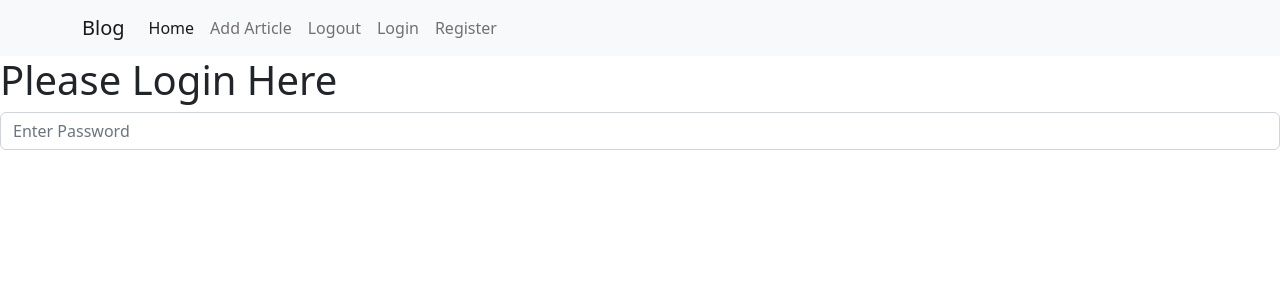
Repository: baothi/fontend
Page: /
The author's editor kept a copy of each file at every save. The page is drawn from the files as they stood at one save, then again after the next save.
The browser window is 1280 px wide. The pictures show the whole page.
The page's requests for data from a server got no answer. The project was rebuilt for these pictures with package versions that can differ from the ones it lists, and the page was loaded fresh each time. No one was signed in, and anything a server would have sent is missing. Also part of the build but not shown: src/App.css, src/components/ArticleList.js, src/components/ArticleDetails.js.

Above is the page before, as saved 2022-10-14 10:27:50.

### src/index.js
import React from 'react';
import ReactDOM from 'react-dom/client';
import './index.css';
import App from './App';
import reportWebVitals from './reportWebVitals';
import 'bootstrap/dist/css/bootstrap.min.css';
import {BrowserRouter} from "react-router-dom";

const root = ReactDOM.createRoot(document.getElementById('root'));
root.render(
  <React.StrictMode>
    <BrowserRouter>
      <App />
    </BrowserRouter>
  </React.StrictMode>
);

// If you want to start measuring performance in your app, pass a function
// to log results (for example: reportWebVitals(console.log))
// or send to an analytics endpoint. Learn more: https://bit.ly/CRA-vitals
reportWebVitals();

### src/App.js
import logo from './logo.svg';
import './App.css';
import {useState, useEffect} from 'react';
import ArticleList from './components/ArticleList';
import Navbar from './components/Navbar';
import {
  Routes,
  Route,
} from "react-router-dom";
import Login from './components/Login';
import ArticleDetails from './components/ArticleDetails';


function App() {
  const [articles, setArticles] = useState([])
  const [editArticle, setEditedArticle] = useState('')

  useEffect(() => {
    fetch(`https://qatestapi.site/articles/`, {
      method:'GET',
      headers: {
        'Content-Type':'application/json',
        'Authorization':`Token e560b64c180a3433933f9a902976312b310ae846`
      }
    })
    .then(resp => resp.json())
    .then(result => {
      setArticles(result)
      // console.log(result)
    })
    .catch(error => {
      console.log(error)
    })

  },[])
  return (
    <div>

      <Navbar />
      <Routes>
        <Route path='/' element={<Login/>}></Route>
        <Route path='/articles'
        element={<ArticleList articles={articles}/>}>
        </Route>
        <Route path="/articles/:slug" element={<ArticleDetails/>}></Route>
      </Routes>

    </div>
  );
}

export default App;

### src/components/Navbar.js

import React from 'react'

function Navbar() {
  return (
    <nav className="navbar navbar-expand-lg navbar-light bg-light">
  <div className="container">
    <a className="navbar-brand" href="#">Blog</a>
    <button className="navbar-toggler" type="button" data-bs-toggle="collapse" data-bs-target="#navbarNav" aria-controls="navbarNav" aria-expanded="false" aria-label="Toggle navigation">
      <span className="navbar-toggler-icon"></span>
    </button>
    <div className="collapse navbar-collapse" id="navbarNav">
      <ul className="navbar-nav">
        <li className="nav-item">
          <a className="nav-link active" aria-current="page" href="#">Home</a>
        </li>
        <li className="nav-item">
          <a className="nav-link" href="#">Add Article</a>
        </li>
        <li className="nav-item">
          <a className="nav-link" href="#">Logout</a>
        </li>
        <li className="nav-item">
          <a className="nav-link" href="#" tabindex="-1" aria-disabled="true">Login</a>
        </li>
         <li className="nav-item">
          <a className="nav-link" href="#" tabindex="-1" aria-disabled="true">Register</a>
        </li>
      </ul>
    </div>
  </div>
</nav>
  )
}

export default Navbar

### src/components/Login.js


import React, {useState} from 'react'

function Login() {
    const [username, setUsername] = useState('')
    const [password, setPassword] = useState('')

    return (
        <div>
            <h1>Please Login Here</h1>
            <div className="mb-3">
                <input type="text" className="form-control" placeholder="Enter Password" />
            </div>
        </div>
    )
}

export default Login

Loaded but not shown: public/index.html (common file); src/index.css (common file); src/reportWebVitals.js (common file)

After the next save:
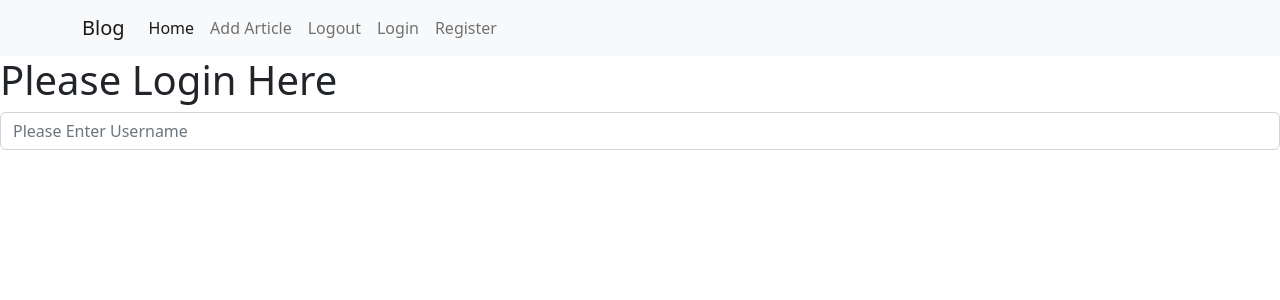
Saved 42 s later.
--- a/src/components/Login.js
+++ b/src/components/Login.js
@@ -10,7 +10,7 @@ function Login() {
         <div>
             <h1>Please Login Here</h1>
             <div className="mb-3">
-                <input type="text" className="form-control" placeholder="Enter Password" />
+                <input type="text" className="form-control" name="username" placeholder="Please Enter Username" />
             </div>
         </div>
     )
